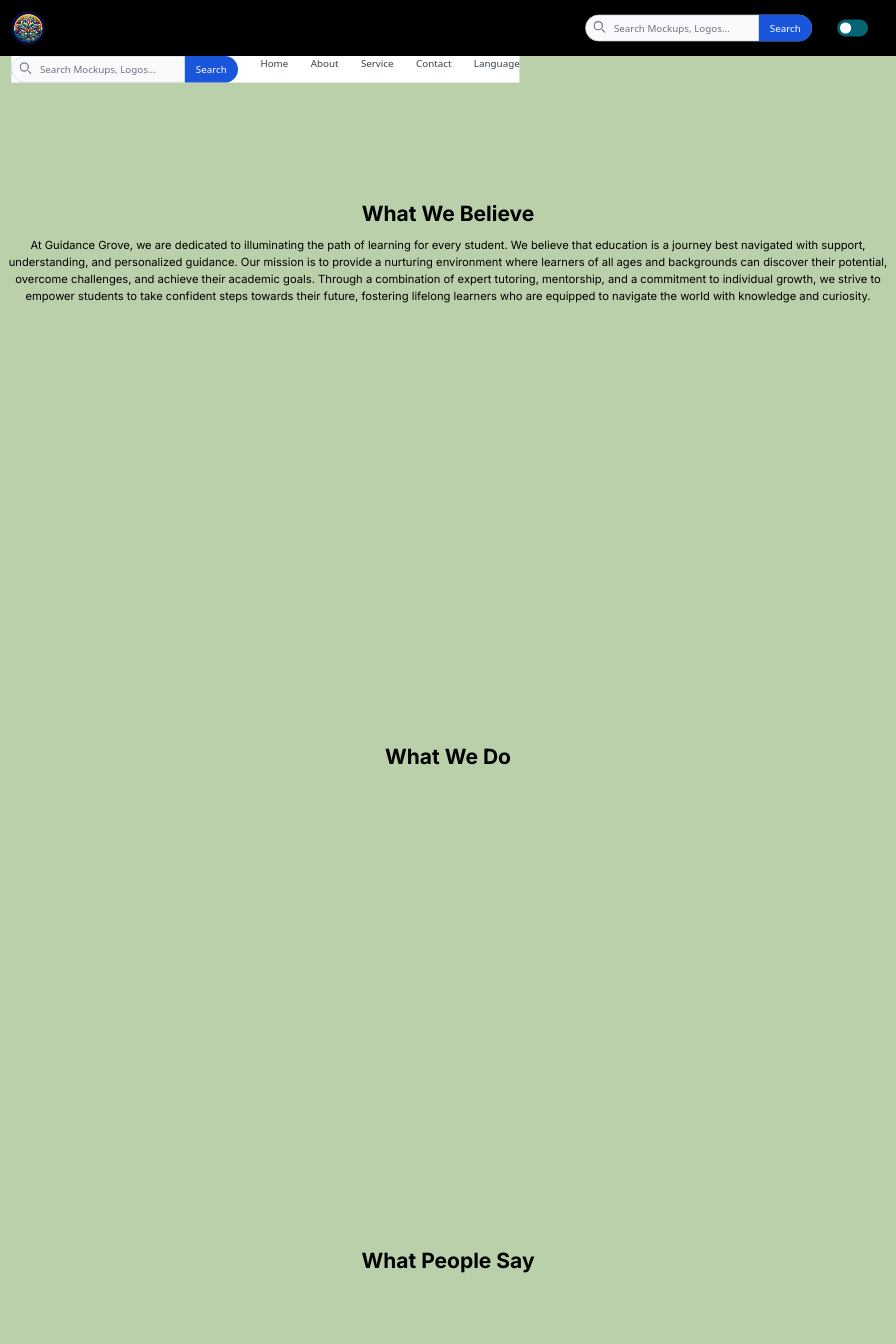
Repository: PositiveGuy/GuidanceGrove
Page: /
These files come from the project's save history. The page is drawn as it stood at one moment and after the next save; the edit follows.
The browser window is 1280 px wide. The pictures show the part of the page from y = 0 to 1920 px (the page is 3874 px tall), at 70% of full size.
The project was rebuilt for these pictures with package versions that can differ from the ones it lists, and the page was loaded fresh each time. The framework's server and built-in components were replaced by stand-ins that run in the browser. Also part of the build but not shown: next.config.js.

Above is the page before, as saved 2023-12-28 14:59:05.

After the next save:
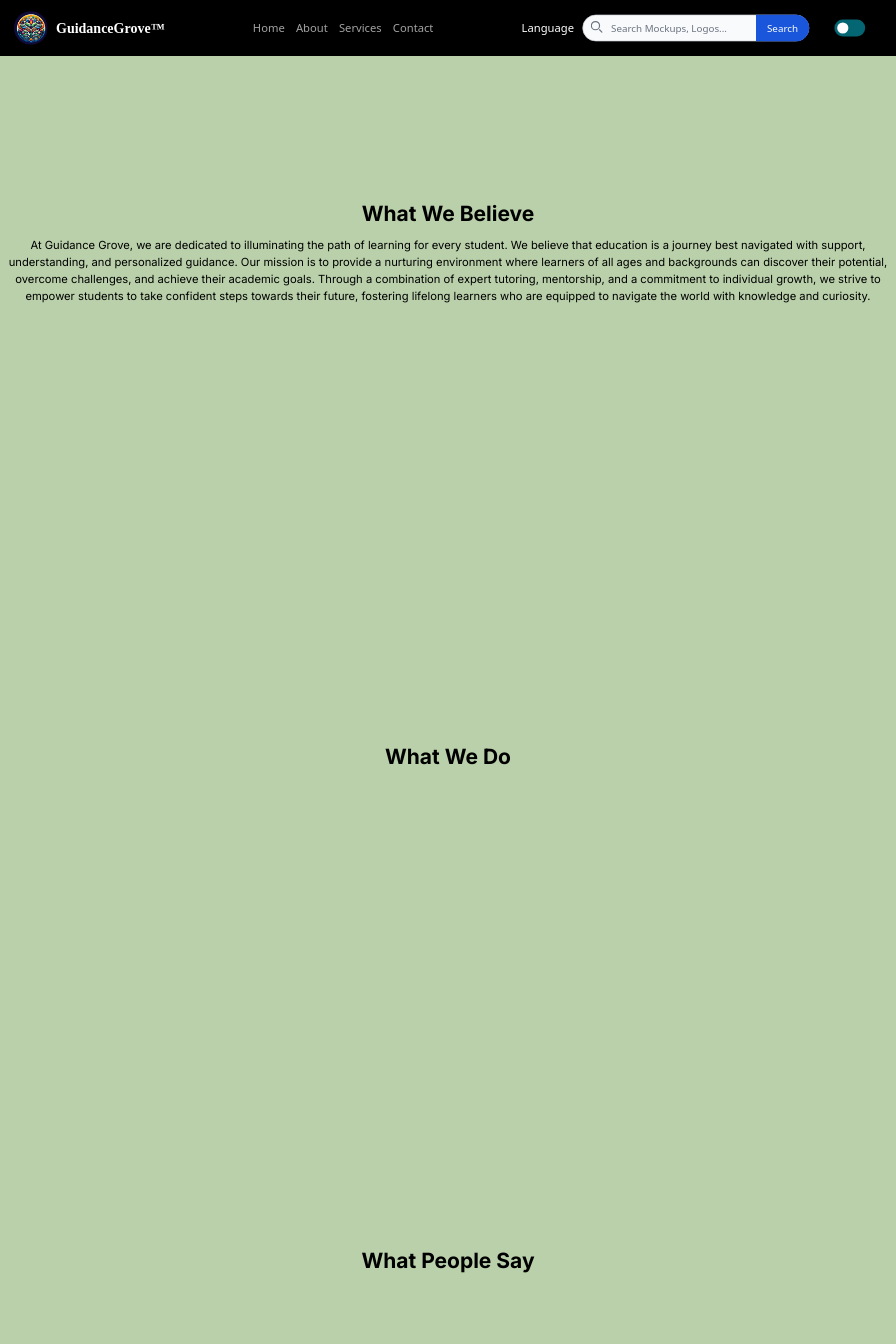
Saved 44 s later.
--- a/src/components/MobileNavigation.tsx
+++ b/src/components/MobileNavigation.tsx
@@ -8,7 +8,7 @@ export default function MobileNavigation() {
 
 
     return (
-        <Navbar className='  fixed flex z-50 w-full h-20 justify-between items-center p-5 bg-black'       >
+        <Navbar className='md:hidden fixed flex z-50 w-full h-20 justify-between items-center p-5 bg-black'       >
 
             <div className="flex items-center space-x-3">
                 <img src="/Logo/guidance-grove-logo.png" alt="Guidance Grove Logo" className="h-12 w-12 rounded-full" />
